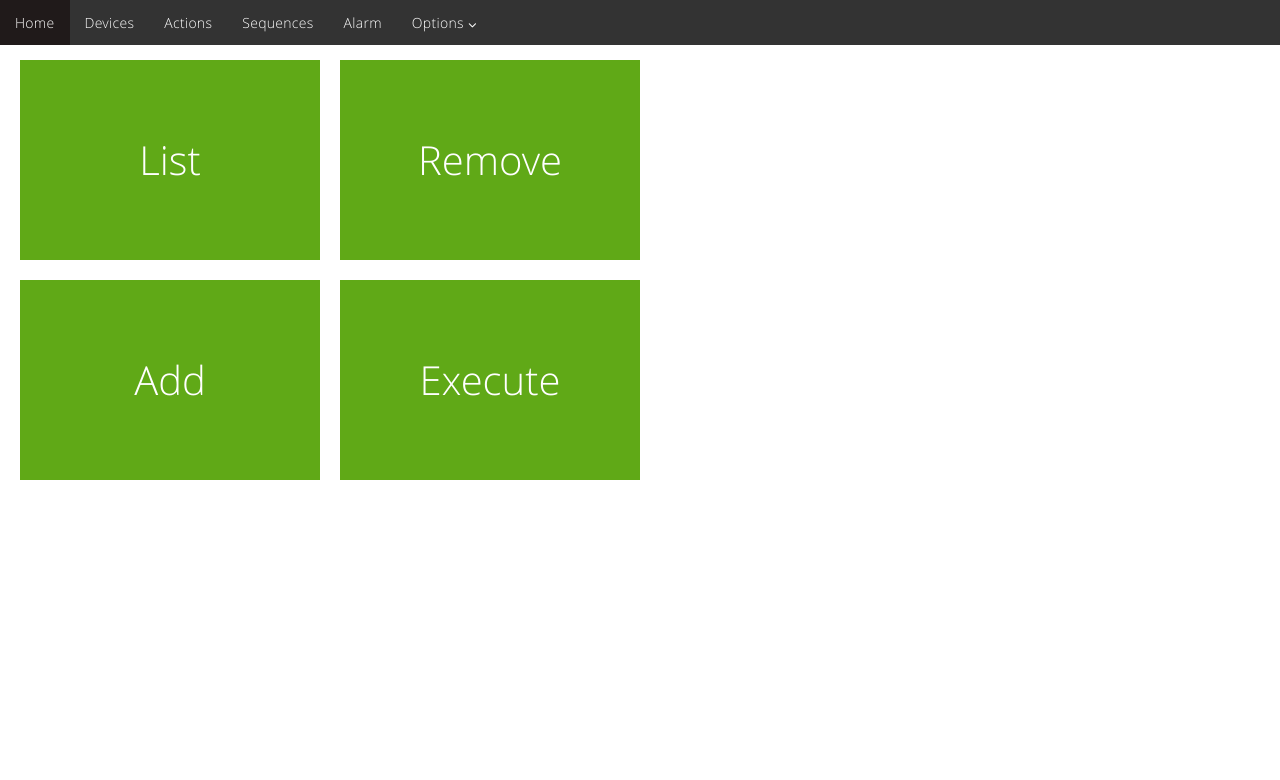
Repository: Pietvergiet/RPiProject
Page: http://localhost/RPi/Action.jsp
These files come from the project's save history. The page is drawn as it stood at one moment and after the next save; the edit follows.
The browser window is 1280 px wide. The pictures show the whole page.
The page is served by Tomcat 9. Other server files are loaded and not shown.

Above is the page before, as saved 2014-10-27 13:35:00.

### RPi/src/main/webapp/Action.jsp
<%@ page language="java" contentType="text/html; charset=ISO-8859-1"
    pageEncoding="ISO-8859-1"%>
<!DOCTYPE html PUBLIC "-//W3C//DTD HTML 4.01 Transitional//EN" "http://www.w3.org/TR/html4/loose.dtd">
<html>
<head>

        <link rel="stylesheet" href="BootstrapMetro/docs/css/metro-bootstrap.css">
        <script src="BootstrapMetro/docs/js/jquery/jquery.min.js"></script>
        <script src="BootstrapMetro/docs/js/jquery/jquery.widget.min.js"></script>
        <script src="BootstrapMetro/min/metro.min.js"></script>
        <link rel="shortcut icon" href="images/remote_control.ico" />
	    <title>SuperRemotely</title>

</head>
<body class="metro">
<!-- Header -->
<nav class="navigation-bar dark fixed-top">
	<nav class="navigation-bar-content">
        <ul class="element-menu">
        	<li><a href="/RPi">Home</a></li>
        	<li><a href="./Devices">Devices</a></li>
        	<li><a href="./Action">Actions</a></li>
        	<li><a href="#Sequence">Sequences</a></li>
        	<li><a href="#Alarm">Alarm</a></li>
        	<li>
                <a class="dropdown-toggle" href="#Options">Options</a>
                <ul class="dropdown-menu dark" data-role="dropdown" style="display: none;">
                	<li><a href="#Time">Set the time</a></li>
                    <li><a href="#Record">Record new action</a></li>
                    <li><a href="#Add">Add a new Device</a></li>
                    <li><a href="#Remove">Remove a device</a></li>
                    <li><a href="#Edit">Remove an action</a></li>
                </ul>
            </li>
    	</ul>
    </nav>
</nav>

<!-- Body -->
<div class="grid" style="margin-left:20px;margin-top:60px">
	<div class="grid">

		<form method="post" action="doAction">
			<div class="row" >
				<div class="span4"><input name="button" class="bg-green bg-hover-lime fg-white" type="submit" value="List" style="font-size:40px; height:200px; width:300px;"></div>
				<div class="span4"><input name="button" class="bg-green bg-hover-lime fg-white" type="submit" value="Remove" style="font-size:40px; height:200px; width:300px;"></div>
			</div>
			<div class="row">
				<div class="span4"><input name="button" class="bg-green bg-hover-lime fg-white" type="submit" value="Add" style="font-size:40px; height:200px; width:300px;"></div>
				<div class="span4"><input name="button" class="bg-green bg-hover-lime fg-white" type="submit" value="Execute" style="font-size:40px; height:200px; width:300px;"></div>
			</div>
		</form>
	</div>
</div>
</body>
</html>

Loaded but not shown: RPi/src/main/webapp/BootstrapMetro/docs/css/metro-bootstrap.css (library); RPi/src/main/webapp/BootstrapMetro/docs/js/jquery/jquery.min.js (library); RPi/src/main/webapp/BootstrapMetro/docs/js/jquery/jquery.widget.min.js (library); RPi/src/main/webapp/BootstrapMetro/min/metro.min.js (library)

After the next save:
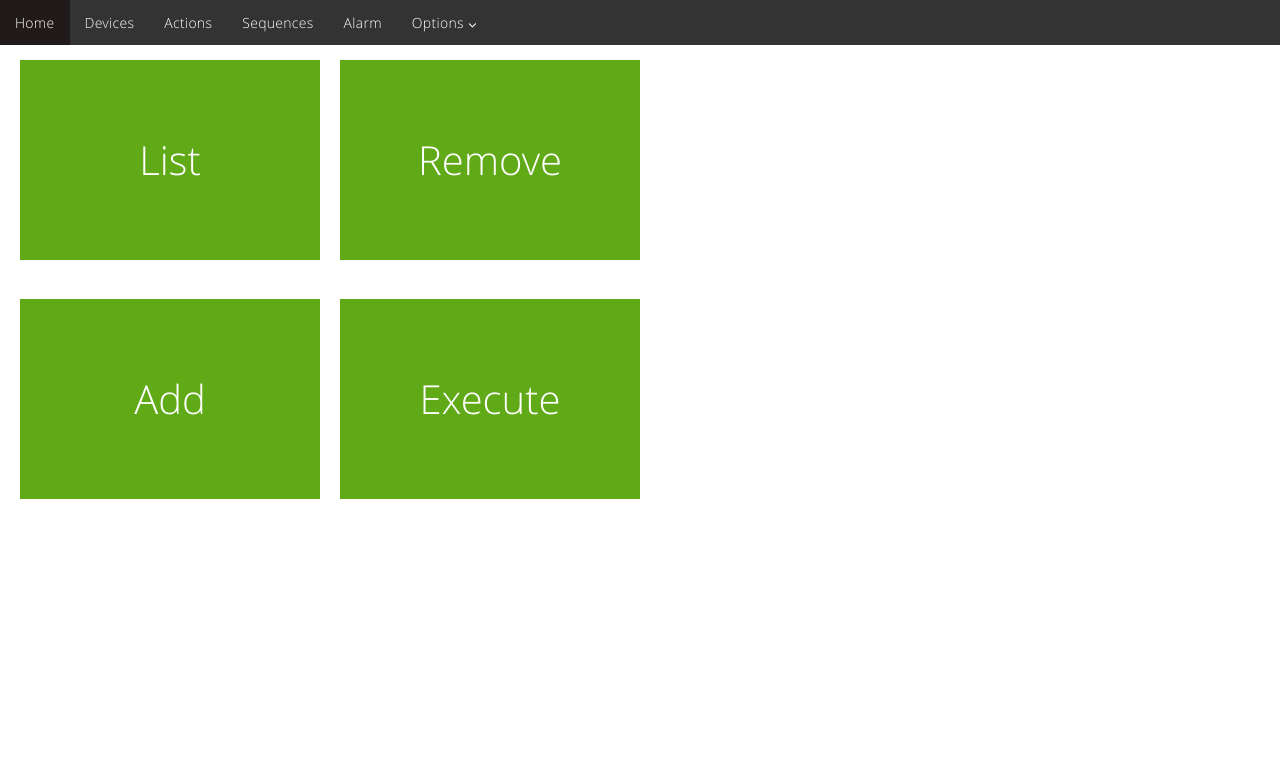
Saved 8 min 16 s later.
--- a/RPi/src/main/webapp/Action.jsp
+++ b/RPi/src/main/webapp/Action.jsp
@@ -45,6 +45,7 @@
 				<div class="span4"><input name="button" class="bg-green bg-hover-lime fg-white" type="submit" value="List" style="font-size:40px; height:200px; width:300px;"></div>
 				<div class="span4"><input name="button" class="bg-green bg-hover-lime fg-white" type="submit" value="Remove" style="font-size:40px; height:200px; width:300px;"></div>
 			</div>
+			<br>
 			<div class="row">
 				<div class="span4"><input name="button" class="bg-green bg-hover-lime fg-white" type="submit" value="Add" style="font-size:40px; height:200px; width:300px;"></div>
 				<div class="span4"><input name="button" class="bg-green bg-hover-lime fg-white" type="submit" value="Execute" style="font-size:40px; height:200px; width:300px;"></div>

After the save that followed:
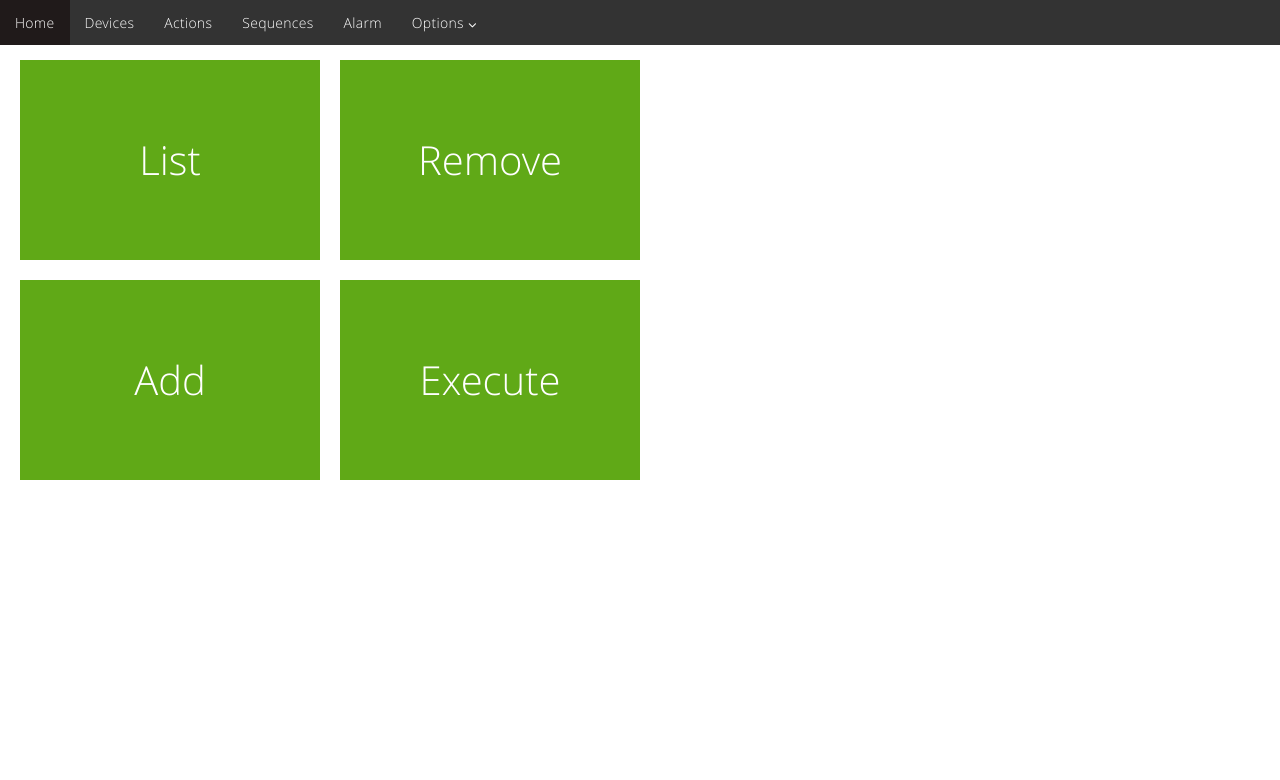
Saved 25 s later.
--- a/RPi/src/main/webapp/Action.jsp
+++ b/RPi/src/main/webapp/Action.jsp
@@ -45,7 +45,6 @@
 				<div class="span4"><input name="button" class="bg-green bg-hover-lime fg-white" type="submit" value="List" style="font-size:40px; height:200px; width:300px;"></div>
 				<div class="span4"><input name="button" class="bg-green bg-hover-lime fg-white" type="submit" value="Remove" style="font-size:40px; height:200px; width:300px;"></div>
 			</div>
-			<br>
 			<div class="row">
 				<div class="span4"><input name="button" class="bg-green bg-hover-lime fg-white" type="submit" value="Add" style="font-size:40px; height:200px; width:300px;"></div>
 				<div class="span4"><input name="button" class="bg-green bg-hover-lime fg-white" type="submit" value="Execute" style="font-size:40px; height:200px; width:300px;"></div>
